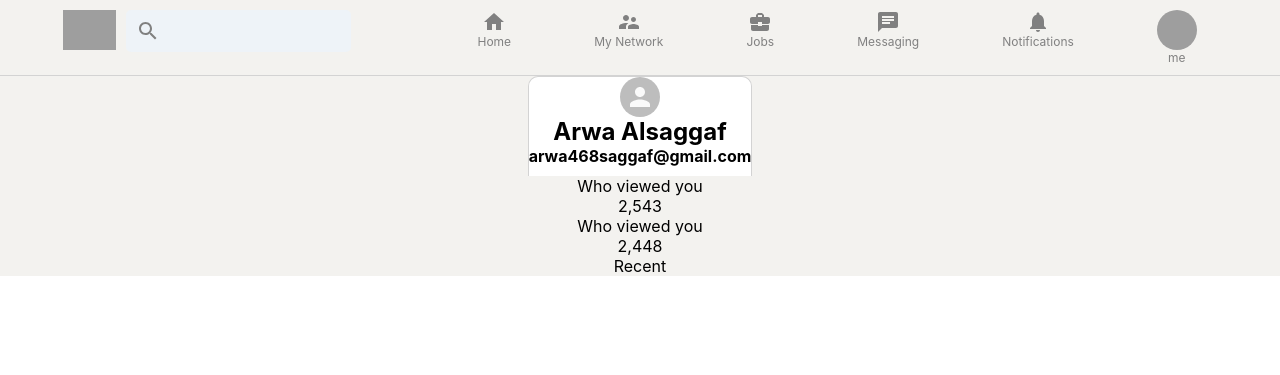
Repository: MEROO1010/linkedIn-clone-
Page: /
An editor plug-in stored every save of this project. The page is shown before and after the next save, followed by the edit.
The browser window is 1280 px wide. The pictures show the whole page.
Pictures or frames that could not be fetched are drawn as grey boxes. The project was rebuilt for these pictures with package versions that can differ from the ones it lists, and the page was loaded fresh each time.

Above is the page before, as saved 2023-11-30 13:09:19.

### src/App.js
import React from 'react';
import './App.css';
import Header from './Header';
import Sidebar from './Sidebar';

function App() {
  return (
    <div className="app">

        <Header/>
      {/* App Body*/}
       <div className="app__body">
       <Sidebar/>

      {/* Feed*/}
      {/* Widgets*/}
      </div>
    </div>
  );
}

export default App;

### src/features/counter/counterSlice.js
import { createAsyncThunk, createSlice } from '@reduxjs/toolkit';
import { fetchCount } from './counterAPI';

const initialState = {
  value: 0,
  status: 'idle',
};

// The function below is called a thunk and allows us to perform async logic. It
// can be dispatched like a regular action: `dispatch(incrementAsync(10))`. This
// will call the thunk with the `dispatch` function as the first argument. Async
// code can then be executed and other actions can be dispatched. Thunks are
// typically used to make async requests.
export const incrementAsync = createAsyncThunk(
  'counter/fetchCount',
  async (amount) => {
    const response = await fetchCount(amount);
    // The value we return becomes the `fulfilled` action payload
    return response.data;
  }
);

export const counterSlice = createSlice({
  name: 'counter',
  initialState,
  // The `reducers` field lets us define reducers and generate associated actions
  reducers: {
    increment: (state) => {
      // Redux Toolkit allows us to write "mutating" logic in reducers. It
      // doesn't actually mutate the state because it uses the Immer library,
      // which detects changes to a "draft state" and produces a brand new
      // immutable state based off those changes
      state.value += 1;
    },
    decrement: (state) => {
      state.value -= 1;
    },
    // Use the PayloadAction type to declare the contents of `action.payload`
    incrementByAmount: (state, action) => {
      state.value += action.payload;
    },
  },
  // The `extraReducers` field lets the slice handle actions defined elsewhere,
  // including actions generated by createAsyncThunk or in other slices.
  extraReducers: (builder) => {
    builder
      .addCase(incrementAsync.pending, (state) => {
        state.status = 'loading';
      })
      .addCase(incrementAsync.fulfilled, (state, action) => {
        state.status = 'idle';
        state.value += action.payload;
      });
  },
});

export const { increment, decrement, incrementByAmount } = counterSlice.actions;

// The function below is called a selector and allows us to select a value from
// the state. Selectors can also be defined inline where they're used instead of
// in the slice file. For example: `useSelector((state: RootState) => state.counter.value)`
export const selectCount = (state) => state.counter.value;

// We can also write thunks by hand, which may contain both sync and async logic.
// Here's an example of conditionally dispatching actions based on current state.
export const incrementIfOdd = (amount) => (dispatch, getState) => {
  const currentValue = selectCount(getState());
  if (currentValue % 2 === 1) {
    dispatch(incrementByAmount(amount));
  }
};

export default counterSlice.reducer;

### src/App.css
.app{
    background-color: #f3f2ef;
    display: flex;
    flex-direction: column;
    align-items: center;
}

.app__body {
    display: flex;
}

### src/Header.js
import React from "react";
import "./Header.css";
import SearchIcon from '@mui/icons-material/Search';
import HeaderOption from "./HeaderOption";
import HomeIcon from '@mui/icons-material/Home';
import SupervisorAccountIcon from '@mui/icons-material/SupervisorAccount';
import BusinessCenterIcon from '@mui/icons-material/BusinessCenter';
import ChatIcon from '@mui/icons-material/Chat';
import NotificationsIcon from '@mui/icons-material/Notifications';




const Header = () => {
  return (
    <div className="header">


      <div className="header__left">
        <img
        src="https://upload.wikimedia.org/wikipedia/commons/thumb/8/81/LinkedIn_icon.svg/2048px-LinkedIn_icon.svg.png"
         alt="" />

        <div className="header__search">
          <SearchIcon />
          <input type="text" />
        </div>
      </div>

      <div className="header__right"></div>

        <HeaderOption Icon={HomeIcon} title="Home"/>
        <HeaderOption Icon={SupervisorAccountIcon} title="My Network"/>
        <HeaderOption Icon={BusinessCenterIcon} title="Jobs"/>
        <HeaderOption Icon={ChatIcon} title="Messaging"/>
        <HeaderOption Icon={NotificationsIcon} title="Notifications"/>
        <HeaderOption
          avatar="https://w7.pngwing.com/pngs/980/886/png-transparent-male-portrait-avatar-computer-icons-icon-design-avatar-flat-face-icon-people-head-cartoon-thumbnail.png"
          title ="me"/>
    </div>
  );
};

export default Header;

### src/Sidebar.js
import { Avatar } from "@material-ui/core";
import React from 'react'
import "./Sidebar.css"

const Sidebar = () => {
  return (
    <div className="sidebar">
      <div className="sidebar__top">
        <img src="" alt=""/>
        <Avatar calssName="sidebar__avatar"/>
        <h2>Arwa Alsaggaf</h2>
        <h4>arwa468saggaf@gmail.com</h4>
      </div>

      <div className="sidebar__stats">
        <div className="sidebar__stat">
            <p>Who viewed you</p>
            <p className="sidebar__statNumber">2,543</p>
        </div>
        <div className="sidebar__stat">
        <p>Who viewed you</p>
            <p className="sidebar__statNumber">2,448</p>
        </div>
      </div>

      <div className="sidebar__bottom">
        <p>Recent</p>
      </div>
    </div>
  )
}

export default Sidebar

### src/Header.css
.header {
 position: sticky;
 top:0;
 display: flex;
 justify-content: space-evenly;
 border-bottom: 0.1px solid lightgray;
 padding-top:10px ;
 padding-bottom: 10px;
 width: 100%;
 z-index:999;
}

.header__left {
    display: flex;
}

.header__left >img {
    object-fit: contain;
    height: 40px;
    margin-right: 10px;
}

.header__search {
    padding: 10px;
    display:flex;
    align-items: center;
    border-radius: 5px;
    height:22px;
    color: gray ;
    background-color: #eef3f8;
}

.header__search > input {
    outline: none;
    border: none;
    background: none;
}

.header__right {
    display: flex;
}

### src/HeaderOption.js
import React from 'react'
import "./HeaderOption.css"
import { Avatar } from "@material-ui/core";

function HeaderOption({avatar ,Icon, title}) {
  return (
    <div className="headerOption">
        {Icon && <Icon className="headerOption__icon" />}
        {avatar && <Avatar className="headerOption__icon" src={avatar}/>}
        <h3 className="headerOption__title">{title}</h3>
    </div>
  )
}

export default HeaderOption

### src/Sidebar.css
.sidebar {
    position: sticky;
    top: 80px;
    flex: 0.2;
    border-radius: 10px;
    text-align: center;
    height:fit-content;
}

.sidebar__avatar {
    margin-bottom: 10px;
}

.sidebar__top {
    display: flex;
    flex-direction: column;
    align-items: center;
    border: 1px solid lightgray;
    border-bottom: 0;
    border-top-left-radius:10px ;
    border-top-right-radius:10px ;
    background-color: white;
    padding-bottom: 10px;
}

### src/HeaderOption.css
.headerOption {
    display: flex;
    flex-direction: column;
    align-items: center;
    margin-right: 20px;
    color: gray;
    cursor: pointer;
}

.headerOption__title {
    font-size: 12px;
    font-weight: 400;
}

.headerOption:hover {
    color: black;
}

Loaded but not shown: public/index.html (common file); src/index.js (common file); src/app/store.js (common file); src/reportWebVitals.js (common file); src/index.css (common file); src/features/counter/counterAPI.js (common file)

After the next save:
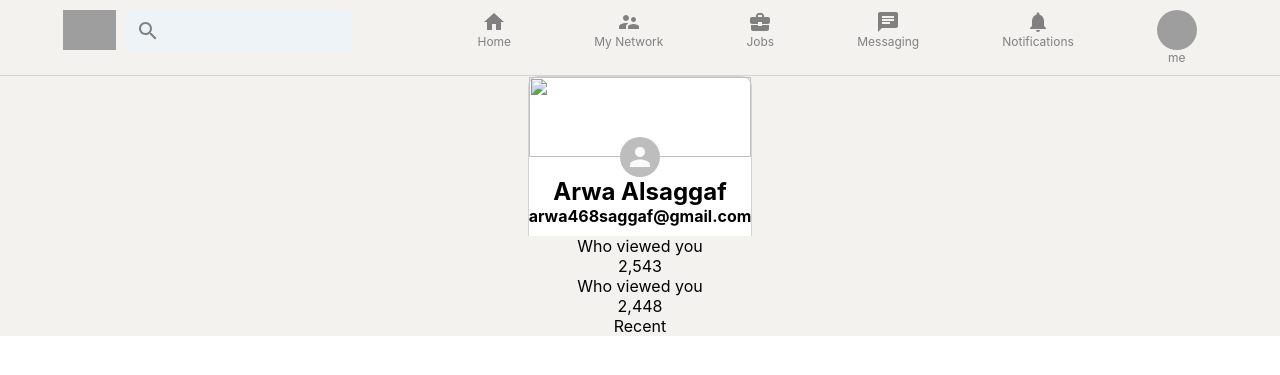
Saved 16 min 20 s later.
--- a/src/Sidebar.css
+++ b/src/Sidebar.css
@@ -22,3 +22,9 @@
     background-color: white;
     padding-bottom: 10px;
 }
+
+.sidebar__top > img {
+    margin-bottom: -20px;
+    width: 100%;
+    height: 80px;
+}
